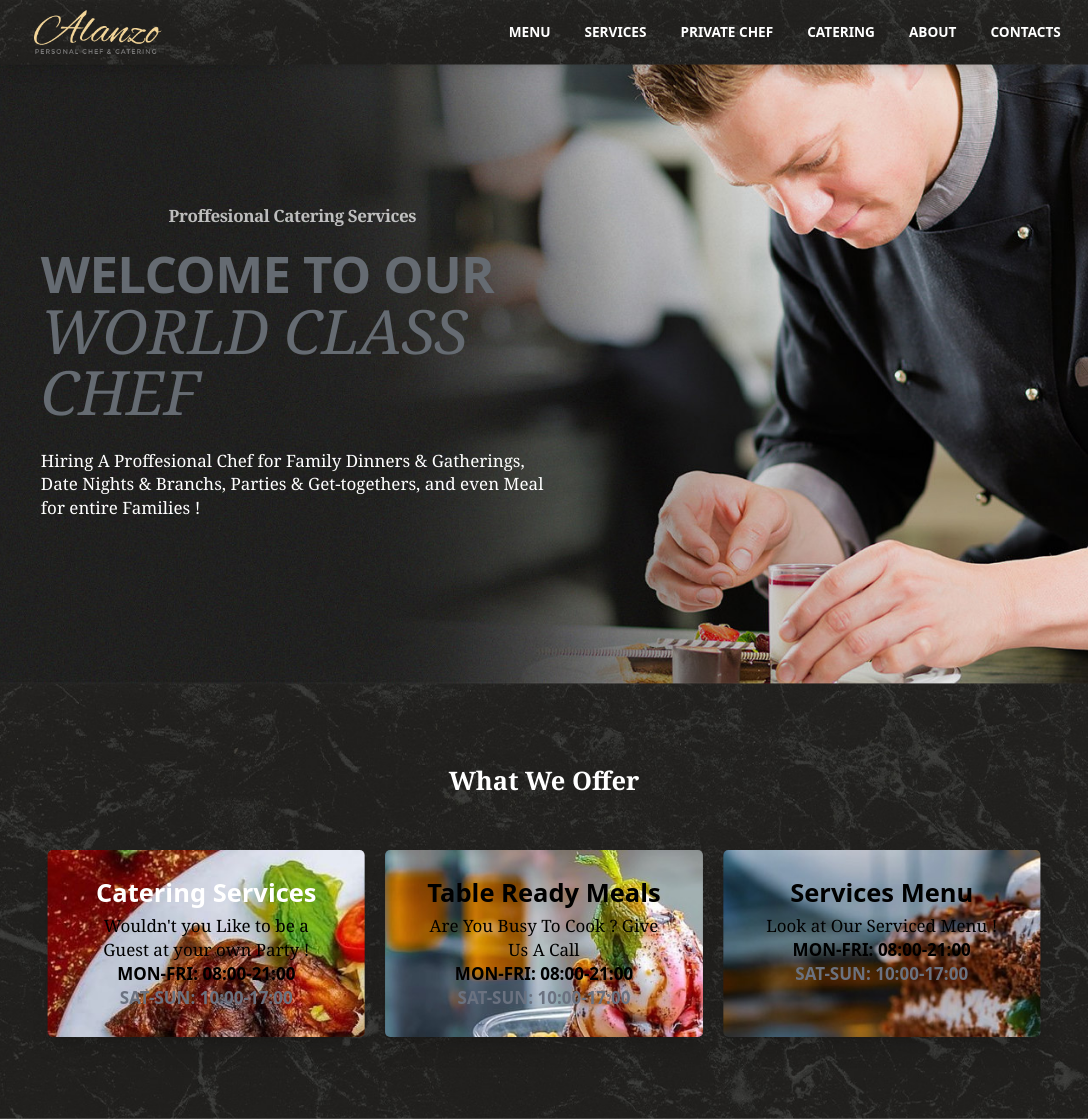
Repository: remydev47/alanzo
Page: /
These files come from the project's save history. The page is drawn as it stood at one moment and after the next save; the edit follows.
The browser window is 1280 px wide. The pictures show the whole page, at 85% of full size.
The project was rebuilt for these pictures with package versions that can differ from the ones it lists, and the page was loaded fresh each time. The framework's server and built-in components were replaced by stand-ins that run in the browser. Also part of the build but not shown: next.config.js, components/Aboutus.tsx, components/Consulting.tsx, components/Catering.tsx, components/Menu.tsx, components/Testimonials.tsx, components/CTA.tsx, components/Footer.tsx.

Above is the page before, as saved 2022-12-17 12:17:50.

### pages/_app.tsx
import '../styles/globals.css'
import type { AppProps } from 'next/app'
import Navbar from '../components/Navbar'

function MyApp({ Component, pageProps }: AppProps) {
  return (
    <>

      <Component {...pageProps} />
    </>
  )
}

export default MyApp

### pages/index.tsx
import type { NextPage } from 'next'
import Head from 'next/head'
import Image from 'next/image'
import { Hero, Services } from '../components'
import Navbar from '../components/Navbar'


const Home: NextPage = () => {
  return (
    <div className="bg-[url('/images/bg_2.jpg')]">
      <Head>
        <title>Avantos</title>
        <link rel="icon" href="/favicon.ico" />
      </Head>
      <Navbar />
      <Hero />
      <Services />

    </div>
  )
}

export default Home

### components/index.ts
import Hero from "./Hero";
import Services from "./Services";
import Aboutus from "./Aboutus";
import Consulting from "./Consulting";
import Catering from "./Catering";
import Menu from "./Menu";
import Testimonials from "./Testimonials";
import CTA from "./CTA";
import Footer from "./Footer";

export {
    Hero, Services, CTA, Catering, Consulting, Footer, Menu, Aboutus, Testimonials
}

### components/Navbar.tsx
import React from 'react';
import { navLinks } from '../constants';
import Menupopover from './Menupopover';
import Image from 'next/image';
import Logo from './Logo';
import { Button } from './Button';

const Navbar = () => {
  return (
    <header className="fixed inset-x-0 bg-[url('/images/bg_2.jpg')] z-20 flex justify-between items-center py-2 px-2 shadow-lg dark:bg-slate-900 sm:py-3 sm:px-8">
            <div className='flex grow-0 basis-1/3 md:hidden'>
                <Menupopover />
            </div>

             <div className='flex grow-0 ml-2 justify-center md:justify-start'>
                <Logo />

            </div>


            <ul className="list-none sm:flex hidden justify-end items-center flex-1">
            {navLinks.map((nav, index) => (
                <li
                key={nav.id}
                className={`font-bold cursor-pointer text-[16px]
                   ${index === navLinks.length - 1 ? 'mr-0' : 'mr-10'}
                  text-white `}
                >
                    <a>{nav.title}</a>
                </li>
            ))}
           </ul>


        </header>
  )
}

export default Navbar

### components/Hero.tsx
import React from 'react'

const Hero = () => {
  return (
    <section className='relative pt-48 pb-12 xl:pt-60 sm:pb-16 lg:pb-32 xl:pb-48 2xl:pb-56'>
    <div className="absolute inset-0">
     <img className="object-cover w-full h-full" src="/images/hero.jpg" alt="" />
    </div>
   <div className='relative'>
    <div className="px-6 mx-auto sm:px-8 lg:px-12 max-w-7xl">
      <div className="w-full lg:w-2/3 xl:w-1/2">
        <h1 className="font-serif text-xl font-bold tracking-tight text-white text-opacity-70 text-center">Proffesional Catering Services</h1>
        <p className="mt-6 tracking-tighter text-[#656b72]">
          <span className="font-sans font-bold text-6xl">WELCOME TO OUR </span><br />
          <span className="font-serif italic font-BOLD text-7xl">WORLD CLASS CHEF</span>
        </p>
        <p className="mt-8 font-erif text-xl font-serif text-[#fff]">
          Hiring A Proffesional Chef for Family Dinners & Gatherings, Date Nights & Branchs, Parties & Get-togethers, and even Meal for entire Families !
        </p>
      </div>
    </div>
   </div>
  </section>
  )
}

export default Hero

### components/Services.tsx
import React from 'react'
import styles from '../styles'

const Services = () => {
  return (
    <section className={`${styles.paddings} bg-[url('/images/bg_2.jpg')] sm:py-16 lg:py-24`}>
      <div className="px-4 mx-auto max-w-7xl sm:px-6 lg:px-8">
       <div className="max-w-2xl mx-auto text-center">
        <h2 className="text-xl font-bold font-serif leading-tight text-white lg:text-3xl">What We Offer</h2>
       </div>

       <div className="grid max-w-md grid-cols-1 gap-6 mx-auto mt-8 text-center lg:max-w-full lg:mt-16 lg:grid-cols-3">

        <div className="overflow-hidden bg-[url('/images/bg-3.jpg')] shadow-xl border-gray-300 rounded-md">
          <div className="p-8 xl:px-12 flex flex-col items-center justify-center">
             <div className='flex flex-col'>
               <h1 className='text-3xl font-semibold text-[#fff]'>Catering Services</h1>
             </div>
             <h2 className='font-normal text-xl font-serif text-black text-center mt-2'>
               Wouldn't you Like to be a Guest at your own Party !
             </h2>
             <p className='text-xl text-black text-center font-bold'>
               MON-FRI: 08:00-21:00
             </p>
             <p className='text-xl text-gray-500 text-center font-bold'>
               SAT-SUN: 10:00-17:00
             </p>
          </div>
        </div>

        <div className="overflow-hidden bg-[url('/images/bg-4.jpg')] shadow-xl border-gray-300 rounded-md">
          <div className="p-8 xl:px-12 flex flex-col items-center justify-center">
             <div className='flex flex-col'>
               <h1 className='text-3xl font-semibold text-black'>Table Ready Meals</h1>
             </div>
             <h2 className='font-normal text-xl font-serif text-black text-center mt-2'>
               Are You Busy To Cook ? Give Us A Call
             </h2>
             <p className='text-xl text-black text-center font-bold'>
               MON-FRI: 08:00-21:00
             </p>
             <p className='text-xl text-gray-500 text-center font-bold'>
               SAT-SUN: 10:00-17:00
             </p>
          </div>
        </div>

        <div className="overflow-hidden bg-[url('/images/bg-5.jpg')] shadow-xl border-gray-300 rounded-md">
          <div className="p-8 xl:px-12 flex flex-col items-center justify-center">
             <div className='flex flex-col'>
               <h1 className='text-3xl font-semibold text-black'>Services Menu</h1>
             </div>
             <h2 className='font-normal text-xl font-serif text-black text-center mt-2'>
               Look at Our Serviced Menu !
             </h2>
             <p className='text-xl text-black text-center font-bold'>
               MON-FRI: 08:00-21:00
             </p>
             <p className='text-xl text-gray-500 text-center font-bold'>
               SAT-SUN: 10:00-17:00
             </p>
          </div>
        </div>



       </div>
      </div>
    </section>
  )
}

export default Services

### constants/index.ts
export const navLinks =[
    {
        id:"menu",
        title:"MENU",
    },
    {
        id:"services",
        title:"SERVICES",
    },
    {
        id:"privatechef",
        title:"PRIVATE CHEF",
    },
    {
        id:"catering",
        title:"CATERING",
    },
    {
        id:"aboutus",
        title:"ABOUT",
    },
    {
        id:"contacts",
        title:"CONTACTS",
    },
]

### components/Menupopover.tsx
import React, {useState, Fragment} from 'react';
import { navLinks } from '../constants';
import { IconButton, Button } from './Button';
import { Transition, Dialog } from '@headlessui/react';
import Logo from './Logo';
import Image from 'next/image';

const Menupopover = () => {
  const [isOpen, setIsOpen] = useState(false)

  return (
    <div>
    <IconButton
      variant='ghost'
      aria-label='menu'
      onClick={() => setIsOpen(!isOpen)}
    >
      <svg className='w-6 h-6 ' fill='none' stroke='currentColor'>
        <path
          strokeLinecap='round'
          strokeLinejoin='round'
          strokeWidth={2}
          d='M4 6h16M4 12h16M4 18h16'
        />
      </svg>
    </IconButton>
    <Transition
      show={isOpen}
      appear
      as={Fragment}
      enter='transform transition ease-in-out duration-300'
      enterFrom='-translate-x-full'
      enterTo='translate-x-0'
      leave='transform transition ease-in-out duration-300 delay-200'
      leaveFrom='translate-x-0'
      leaveTo='-translate-x-full'
     >
     <Dialog
       as='div'
       className={`fixed inset-0 z-50`}
       onClose={setIsOpen}
       open={isOpen}
       >
       <Transition.Child
         as={Fragment}
         enter='ease-out duration-300 delay-300'
         enterFrom='opacity-0'
         enterTo='opacity-100'
         leave='ease-in duration-200'
         leaveFrom='opacity-100'
         leaveTo='opacity-0'
       >

        <Dialog.Overlay
          className={`fixed inset-0 bg-black/20 backdrop-blur-sm dark:bg-gray-900/80`}
         />
      </Transition.Child>
       <div className={styles.dialogcontainer}>
        <a className='mx-auto mt-4 flex w-[140px] '>
          <Logo />
        </a>
        <ul
            className={styles.navWrapper2}
         >
            {navLinks.map((nav, index) => (
                <li
                 key={nav.id}
                 className={` font-bold cursor-pointer text-[16px]
                  mt-2 border-t border-slate-200 py-4 dark:border-slate-600
                  ${index === navLinks.length - 1 ? 'mr-0' : 'mb-4'}
                  text-white `}
                >
                 <a href={`#${nav.id}`}>
                    {nav.title}
                 </a>
                </li>
             ))}
         </ul>

        <IconButton
          variant='ghost'
          aria-label='close menu'
          className='absolute top-5 right-5'
          onClick={() => setIsOpen(false)}
        >
          <svg
            viewBox='0 0 10 10'
            className='h-2.5 w-2.5 overflow-visible'
            aria-hidden='true'
          >
            <path
                d='M0 0L10 10M10 0L0 10'
                fill='none'
                stroke='currentColor'
                strokeWidth='2'
                strokeLinecap='round'
              />
          </svg>
        </IconButton>
       </div>
     </Dialog>
    </Transition>
  </div>
  )
}

export default Menupopover;

const styles ={
  dialogcontainer:`fixed top-0 bottom-0 left-0 w-full max-w-xs rounded-r-xl bg-[#092341] p-6 shadow-lg dark:bg-gray-800`,
  menuitems:`group relative flex h-9 items-center oveflow-hidden rounded-md hover:bg-slate-200/50`,
  navWrapper2:`list-none flex flex-col justify-end items-center flex-1`,
}

### components/Logo.tsx
import React from 'react'
import Image from 'next/image'

const Logo = () => {
  return (
    <div>
      <Image
        src='/images/logo.png'
        alt='Alanzo'
        height={60}
        width={150}
      />
    </div>
  )
}

export default Logo

### styles/index.ts
const styles = {
    innerWidth: '2xl:max-w-[1280px] w-full',
    interWidth: 'lg:w-[80%] w-[100%]',

    paddings: 'sm:p-16 xs:p-8 px-6 py-12',
    yPaddings: 'sm:py-16 xs:py-8 py-12',
    xPaddings: 'sm:px-16 px-6',
    topPaddings: 'sm:pt-16 xs:pt-8 pt-12',
    bottomPaddings: 'sm:pb-16 xs:pb-8 pb-12',

    flexCenter: 'flex justify-center items-center',
    flexStart: 'flex justify-start items-start',
    flexEnd: 'flex justify-end',
    navPadding: 'pt-[98px]',

    // hero section
    heroHeading:
        'font-bold lg:text-[144px] md:text-[100px] sm:text-[60px] text-[44px] lg:leading-[158.4px] md:leading-[114.4px] sm:leading-[74.4px] leading-[64.4px] uppercase text-white',
    heroDText:
        'md:w-[212px] sm:w-[80px] w-[60px] md:h-[108px] sm:h-[48px] h-[38px] md:border-[18px] border-[9px] rounded-r-[50px] border-white sm:mx-2 mx-[6px]',
  };

  export default styles;

### components/Button/index.tsx
import React, { forwardRef } from "react";
//import { __DEV__ } from "../../utils/assertions";

type BaseButtonProps = Omit<React.HTMLProps<HTMLButtonElement>, "size">;

/* === Button Element === */

export interface ButtonProps extends BaseButtonProps {
  children: React.ReactNode;
  fullWidth?: boolean;
  className?: string;
  variant?: "solid" | "outline" | "ghost";
  size?: "sm" | "md" | "lg";
  as?: string;
  isExternal?: boolean;
  type?: "button" | "submit" | "reset";
}

export const Button = forwardRef<HTMLButtonElement, ButtonProps>(
  (
    {
      children,
      variant = "solid",
      size = "md",
      fullWidth = false,
      className,
      as = "button",
      isExternal = false,
      ...rest
    },
    ref
  ) => {
    let tempClassNames: string[] = [];

    const sharedClasses = [
      "capitalize",
      "focus:outline-none",
      "focus:ring-2",
      "focus:ring-indigo-400",
      "focus:ring-offset-2",
      "focus:ring-offset-indigo-50",
      "font-semibold",
      "rounded-full",
      "inline-flex",
      "flex-shrink-0",
      "items-center",
      "justify-center",
      "transition-colors",
      "ease-in-out",
      "duration-500",
    ];

    if (fullWidth) sharedClasses.push("w-full");

    // handle variants
    let btnSolid = ["bg-indigo-600", "hover:bg-indigo-700", "text-white"];
    let btnOutline = [
      "dark:text-white",
      "hover:text-indigo-700",
      "hover:dark:text-indigo-700",
      "bg-transparent",
      "hover:bg-indigo-50",
      "border",
      "border-indigo-600",
    ];
    let btnGhost = [
      "bg-transparent",
      "dark:text-white",
      "hover:bg-indigo-50",
      "hover:text-indigo-700",
      "hover:dark:text-indigo-700",
    ];

    if (variant === "solid") {
      tempClassNames = [...sharedClasses, ...btnSolid];
    } else if (variant === "outline") {
      tempClassNames = [...sharedClasses, ...btnOutline];
    } else if (variant === "ghost") {
      tempClassNames = [...sharedClasses, ...btnGhost];
    }

    // handle sizes
    let sizeSm = ["h-8", "px-2", "text-sm"];
    let sizeMd = ["h-10", "px-3"];
    let sizeLg = ["h-12", "px-4", "text-lg"];

    if (size === "sm") {
      tempClassNames = [...tempClassNames, ...sizeSm];
    } else if (size === "md") {
      tempClassNames = [...tempClassNames, ...sizeMd];
    } else if (size === "lg") {
      tempClassNames = [...tempClassNames, ...sizeLg];
    }

    let classes = tempClassNames.join(" ");

    let Element = as ? (
      React.createElement(
        as,
        {
          className: `${classes} ${className}`,
          target: isExternal ? "_blank" : undefined,
          rel: isExternal ? "noopener noreferrer" : undefined,
          ref,
          ...rest,
        },
        children
      )
    ) : (
      <button {...rest} className={`${classes} ${className}`} ref={ref}>
        {children}
      </button>
    );

    return Element;
  }
);

// if (__DEV__) {
//   Button.displayName = "Button";
// }

/* === IconButton Element === */

export interface IconButtonProps extends ButtonProps {
  icon?: React.ReactElement;
  "aria-label": string;
}

export const IconButton = forwardRef<HTMLButtonElement, IconButtonProps>(
  (
    {
      children,
      icon,
      className,
      "aria-label": ariaLabel,
      size = "md",
      ...rest
    },
    ref
  ) => {
    let sharedClasses = ["rounded-full", "!px-0"];

    // handle sizes
    let sizeSm = ["w-8"];
    let sizeMd = ["w-10"];
    let sizeLg = ["w-12"];

    if (size === "sm") {
      sharedClasses = [...sharedClasses, ...sizeSm];
    } else if (size === "md") {
      sharedClasses = [...sharedClasses, ...sizeMd];
    } else if (size === "lg") {
      sharedClasses = [...sharedClasses, ...sizeLg];
    }

    /**
     * Passing the icon as prop or children should work
     */
    const element = icon || children;
    const _children = React.isValidElement(element)
      ? React.cloneElement(element as any, {
          "aria-hidden": true,
          focusable: false,
        })
      : null;

    let classes = sharedClasses.join(" ");
    return (
      <Button
        className={`${classes} ${className}`}
        aria-label={ariaLabel}
        size={size}
        {...rest}
        ref={ref}
      >
        {_children}
      </Button>
    );
  }
)

### tailwind.config.js
/** @type {import('tailwindcss').Config} */
module.exports = {
  content: [
    './pages/**/*.{js,ts,jsx,tsx}',
    './components/**/*.{js,ts,jsx,tsx}',
  ],
  theme: {
    extend: {
      backgroundImage: {
        'bg_2': "url('/images/bg_2.jpg')",
        'bg-3': "url('/images/bg-3.jpg')",
        'bg-4': "url('/images/bg-4.jpg')",
        'bg-5': "url('/images/bg-5.jpg')",
      },
      colors: {
        'primary-black': '#1A232E',
        'secondary-white': '#c7c7c7',
      },
    },
  },
  plugins: [],
}

Loaded but not shown: styles/globals.css (common file)

After the next save:
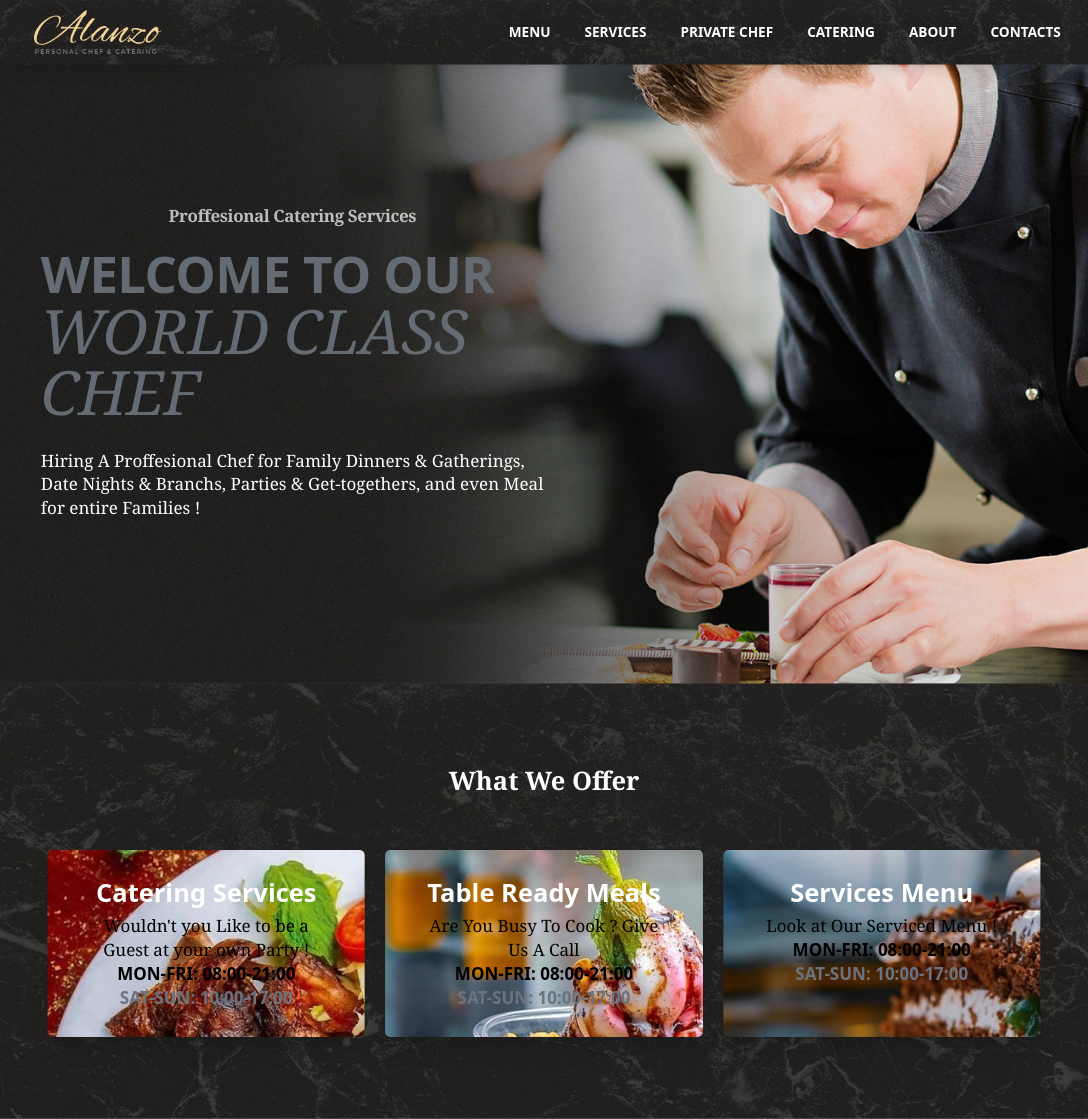
Saved 41 s later.
--- a/components/Services.tsx
+++ b/components/Services.tsx
@@ -31,7 +31,7 @@ const Services = () => {
         <div className="overflow-hidden bg-[url('/images/bg-4.jpg')] shadow-xl border-gray-300 rounded-md">
           <div className="p-8 xl:px-12 flex flex-col items-center justify-center">
              <div className='flex flex-col'>
-               <h1 className='text-3xl font-semibold text-black'>Table Ready Meals</h1>
+               <h1 className='text-3xl font-semibold text-[#fff]'>Table Ready Meals</h1>
              </div>
              <h2 className='font-normal text-xl font-serif text-black text-center mt-2'>
                Are You Busy To Cook ? Give Us A Call
@@ -48,7 +48,7 @@ const Services = () => {
         <div className="overflow-hidden bg-[url('/images/bg-5.jpg')] shadow-xl border-gray-300 rounded-md">
           <div className="p-8 xl:px-12 flex flex-col items-center justify-center">
              <div className='flex flex-col'>
-               <h1 className='text-3xl font-semibold text-black'>Services Menu</h1>
+               <h1 className='text-3xl font-semibold text-[#fff]'>Services Menu</h1>
              </div>
              <h2 className='font-normal text-xl font-serif text-black text-center mt-2'>
                Look at Our Serviced Menu !
